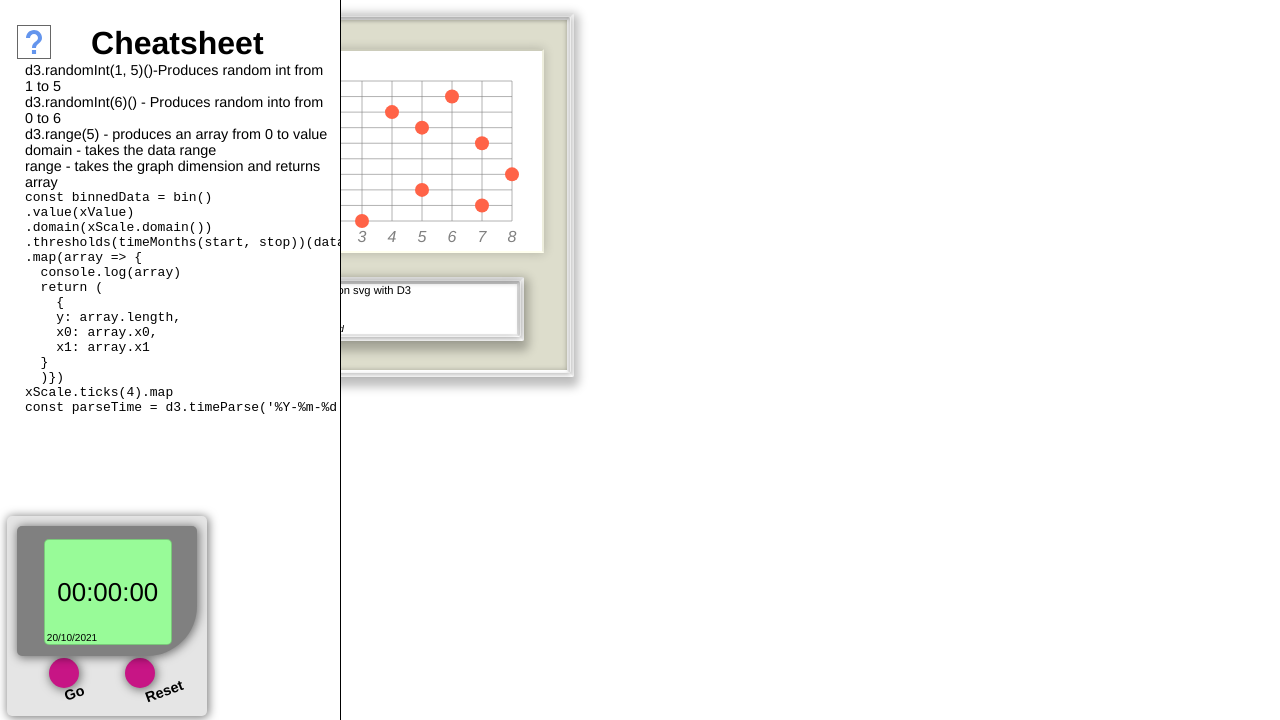
Repository: Lewisjohnward/100-days-of-d3
Page: /
An editor plug-in stored every save of this project. The page is shown before and after the next save, followed by the edit.
The browser window is 1280 px wide. The pictures show the whole page.
The page's requests for data from a server got no answer. An inner scrolling area shows only its first screen. The project was rebuilt for these pictures with package versions that can differ from the ones it lists, and the page was loaded fresh each time. No one was signed in, and anything a server would have sent is missing. Also part of the build but not shown: src/charts/chart2/useGetData.js, src/charts/chart2/styles.js, src/charts/chart2/Chart.js, src/charts/chart3/useGetData.js, src/charts/chart3/styles.js, src/charts/chart3/Chart.js, src/charts/chart4/useGetData.js, src/charts/chart4/styles.js and 4 more.

Above is the page before, as saved 2021-10-20 15:40:04.

### src/App.js
import styled from "styled-components";
import { Chart1, Chart2, Chart3, Chart4, Chart5 } from "./charts/index.js";
import { Hello } from "./components/HelloD3";
import { Navbar } from "./components/Navbar.js";

const BodyContainer = styled.div`
  position: relative;
  z-index: 99;
  display: flex;
  height: ${({ height }) => height}px;
  overflow: hidden;
`;

const ChartGrid = styled.div`
  width: 75%;
  display: grid;
  overflow: scroll;
  grid-template-columns: repeat(3, 400px);
  grid-template-rows: repeat(2, 400px);
  justify-content: center;
  align-items: start;
  align-content: start;
  grid-gap: 0px;
  border-left: 1px solid black;
  padding: 1%;
`;



const height = window.innerHeight;

function App() {
  return (
    <BodyContainer height={height}>
      <Hello />
      <Navbar />
      <ChartGrid>
        <Chart1 />
        <Chart2 />
        <Chart2 />
        <Chart3 />
        <Chart4 />
        <Chart5 />
      </ChartGrid>
    </BodyContainer>
  );
}

export default App;

### src/index.css
*{
    margin: 0;
    padding: 0;
}

body {
    font-family: Helvetica, "Trebuchet MS", Verdana, sans-serif;
}

### src/charts/index.js
export { Test as Chart1} from "./chart1/Chart"
export { Chart as Chart2} from "./chart2/Chart"
export { Chart as Chart3} from "./chart3/Chart"
export { Chart as Chart4} from "./chart4/Chart"
export { Chart as Chart5} from "./chart5/Chart"

### src/components/HelloD3.js
import { useState } from "react";
import styled, { keyframes } from "styled-components";

const letterAnimation = keyframes`
    0% {transform: rotate(0deg);}
    20% {transform: rotate(-45deg);}
    100% {transform: rotate(-45deg);}
`;

const TextContainer = styled.div`
  position: absolute;
  top: 25%;
  display: flex;
  font-size: 10em;

`;

const LetterContainer = styled.div`
  &.fallanimation {
    transition: transform 1s;
    transform: translateY(942px);
  }

  p {
    font-weight: ${({bold}) => bold ? 600: 300};
    &.fallanimation {
      animation: ${letterAnimation} ease-out 1s forwards;
    }
  }
`;

const word = "Hello";
const d3 = "D3"
const d3Array = d3.split("");
const wordArray = word.split("");
const height = window.innerHeight;

export const Hello = () => {
  return (
    <TextContainer>
      {wordArray.map((d) => (
        <Letter letter={d} />
      ))}
      {d3Array.map((d) => (
        <Letter letter={d} bold={true}/>
      ))}
    </TextContainer>
  );
};

const Letter = ({ letter, bold}) => {
  const [visible, setVisible] = useState(true);

  const handleMouseEnter = () => {
    setVisible((prev) => !prev);
  };

  return (
    <LetterContainer className={!visible && "fallanimation"} height={height} bold={bold}>
      <p
        className={!visible && "fallanimation"}
        onMouseEnter={() => handleMouseEnter()}
      >
        {letter}
      </p>
    </LetterContainer>
  );
};

### src/components/Navbar.js
import { useState } from "react";
import styled from "styled-components";
import { TimerComponent as Timer } from "./Timer";
import { IoMdHelp } from "react-icons/io";

const NavContainer = styled.div`
  position: relative;
  height: 100%;
  width: 25%;
  overflow: hidden;
  background: white;
  padding: 25px 10px 25px 25px;

  > p {
    font-size: 0.9em;
  }

  .transition{
      transition: all 1s ease-in;
      width: 25%;
  }
`;

const Title = styled.div`
  font-size: 2em;
  font-weight: 700;
  text-align: center;
`;

const Icon = styled(IoMdHelp)`
    position: absolute;
    left: 5%;
    top: 5;
    font-size: 2em;
    color: cornflowerblue;
    cursor: pointer;
    border: 1px solid rgba(0, 0, 0, 0.6);
`;

const code = `const binnedData = bin()
.value(xValue)
.domain(xScale.domain())
.thresholds(timeMonths(start, stop))(data)
.map(array => {
  console.log(array)
  return (
    {
    y: array.length,
    x0: array.x0,
    x1: array.x1
  }
  )})`;

export const Navbar = () => {
  const [visible, setVisible] = useState(false);
  return (
    <NavContainer visible={visible}>
      <Icon />
      <Title>Cheatsheet</Title>
      <p>d3.randomInt(1, 5)()-Produces random int from 1 to 5</p>
      <p>d3.randomInt(6)() - Produces random into from 0 to 6</p>
      <p>d3.range(5) - produces an array from 0 to value</p>
      <p>domain - takes the data range</p>
      <p>range - takes the graph dimension and returns array</p>
      <pre>
        <code>{code}</code>
      </pre>
      <pre>
        <code>xScale.ticks(4).map</code>
      </pre>
      <pre>
        <code>const parseTime = d3.timeParse('%Y-%m-%d');</code>
      </pre>
      <Timer />
    </NavContainer>
  );
};

### src/charts/chart1/Chart.js
import { useState } from "react";
import { randomInt, range, scaleLinear, max } from "d3";
import {
  Frame,
  Svg,
  ChartContainer,
  Description,
  DescriptionContainer,
  Signature,
} from "./styles";

const data = range(10).map((d) => ({
  a: randomInt(10)(),
  b: d,
}));

const margin = {
  top: 30,
  right: 30,
  bottom: 30,
  left: 30,
};

const height = 200;
const width = 300;

const AxisTickOffset = 7;

const innerHeight = height - margin.top - margin.bottom;
const innerWidth = width - margin.left - margin.right;

export const Chart = () => {
  const xValue = (d) => d.a;
  const yValue = (d) => d.b;

  const xAxisScale = scaleLinear()
    .domain([0, max(data, xValue)])
    .range([0, innerWidth])
    .nice();

  const yAxisScale = scaleLinear()
    .domain([0, max(data, yValue)])
    .range([innerHeight, 0])
    .nice();

  return (
    <Frame>
      <ChartContainer>
        <Svg height={height} width={width}>
          <g transform={`translate(${margin.left}, ${margin.top})`}>
            {xAxisScale.ticks().map((tickValue) => (
              <g transform={`translate(${xAxisScale(tickValue)}, 0)`}>
                <line y2={innerHeight} stroke="black" />
                <text
                  y={innerHeight + 3 * AxisTickOffset}
                  style={{ textAnchor: "middle" }}
                >
                  {tickValue}
                </text>
              </g>
            ))}

            {yAxisScale.ticks().map((tickValue) => (
              <g transform={`translate(0, ${yAxisScale(tickValue)})`}>
                <line x2={innerWidth} stroke="black" />
                <text
                  x={-AxisTickOffset}
                  dy="0.32em"
                  style={{ textAnchor: "end" }}
                >
                  {tickValue}
                </text>
              </g>
            ))}
            {data.map(({ a, b }) => (
              <Mark x={xAxisScale(a)} y={yAxisScale(b)} r={7} />
            ))}
          </g>
        </Svg>

        <Frame small={"true"}>
          <DescriptionContainer>
            <Description>Scatter graph on svg with D3</Description>
            <Signature>09/10/21 - L Ward</Signature>
          </DescriptionContainer>
        </Frame>
      </ChartContainer>
    </Frame>
  );
};

export const Chart1= () => {
  const xValue = (d) => d.a;
  const yValue = (d) => d.b;

  const xAxisScale = scaleLinear()
    .domain([0, max(data, xValue)])
    .range([0, innerWidth])
    .nice();

  const yAxisScale = scaleLinear()
    .domain([0, max(data, yValue)])
    .range([innerHeight, 0])
    .nice();

  return (
        <Svg height={height} width={width}>
          <g transform={`translate(${margin.left}, ${margin.top})`}>
            {xAxisScale.ticks().map((tickValue) => (
              <g transform={`translate(${xAxisScale(tickValue)}, 0)`}>
                <line y2={innerHeight} stroke="black" />
                <text
                  y={innerHeight + 3 * AxisTickOffset}
                  style={{ textAnchor: "middle" }}
                >
                  {tickValue}
                </text>
              </g>
            ))}

            {yAxisScale.ticks().map((tickValue) => (
              <g transform={`translate(0, ${yAxisScale(tickValue)})`}>
                <line x2={innerWidth} stroke="black" />
                <text
                  x={-AxisTickOffset}
                  dy="0.32em"
                  style={{ textAnchor: "end" }}
                >
                  {tickValue}
                </text>
              </g>
            ))}
            {data.map(({ a, b }) => (
              <Mark x={xAxisScale(a)} y={yAxisScale(b)} r={7} />
            ))}
          </g>
        </Svg>
  );
};

const Mark = ({ x, y, r }) => {
  const [tooltipVisible, setToolTipVisible] = useState(false);

  return (
    <>
    <circle
        cx={x}
        cy={y}
        r={r}
        fill={"black"}
        onMouseEnter={() => setToolTipVisible(!tooltipVisible)}
        onMouseLeave={() => setToolTipVisible(!tooltipVisible)}
      />
      {tooltipVisible && <rect x={x + 10} y={y - 25} height={50} width={50} rx={5} />}

    </>
  );
};

export const Test = () => {
  return (
    <Frame>
    <ChartContainer>
      <Chart1 />
    <Frame small={"true"}>
          <DescriptionContainer>
          <Description>Scatter graph on svg with D3</Description>
            <Signature>09/10/21 - L Ward</Signature>
          </DescriptionContainer>
        </Frame>
      </ChartContainer>
    </Frame>
  )


}

### src/components/Timer.js
import { useState, useEffect } from "react";
import styled, { keyframes } from "styled-components";

const Icon = styled.div`
  position: absolute;
  bottom: 7%;
  left: 2%;
  height: 200px;
  width: 200px;
  padding: 0px;
  margin: 0px;

  color: black;
  overflow: hidden;
  background: rgb(229, 229, 229);
  opacity: 1;
  text-shadow: none;
  font-weight: 300;
  font-size: 0.9em;
  box-shadow: 1px 1px 10px 1px rgba(0, 0, 0, 0.5);
  border-radius: 5px;
`;

const Container = styled.div`
  height: 100%;
  width: 100%;
  display: flex;
  flex-direction: column;
  justify-content: center;
  align-items: center;
`;

const Timer = styled.div`
  position: relative;
  background: gray;
  height: 65%;
  width: 90%;
  border-radius: 5px 5px 50px 5px;
  box-shadow: 1px 1px 10px 1px rgba(0, 0, 0, 0.5);
`;

const TimerContainer = styled.div`
  position: absolute;
  top: 10%;
  left: 15%;
  height: 80%;
  width: 70%;
  display: flex;
  justify-content: center;
  align-items: center;

  background: palegreen;
  border-radius: 5px;
  border: 1px solid rgba(0, 0, 0, 0.2);
  font-size: 1.8em;
`;

const ButtonContainer = styled.div`
  height: 25%;
  width: 80%;
  display: flex;

  flex-direction: row;
  justify-content: space-around;
  align-items: center;
`;

const Start_StopContainer = styled.div`
  display: flex;
  align-items: center;
  justify-content: center;
  background: mediumvioletred;
  width: 30px;
  height: 30px;
  border-radius: 100%;
  box-shadow: 1px 1px 10px 1px rgba(0, 0, 0, 0.5);
  font-size: 1.2em;
  font-weight: 800;
  cursor: pointer;

  &:active {
    transition: transform 0.1s box-shadow 0.1s;
    transform: translateY(10%);
  }
`;

const ButtonDiv = styled.div`
  font-weight: 600;

  p {
    transform: translate(50%, -30%) rotate(-20deg);
  }
`;

const DateContainer = styled.div`
  position: absolute;
  top: 58%;
  left: 20%;
  font-size: 0.7em;
  text-decoration: italic;

  .today {
    right: 0%;
  }
`;

export const TimerComponent = ({ grid }) => {
  const [seconds, setSeconds] = useState(0);
  const [active, setActive] = useState(false);

  useEffect(() => {
    const seconds = parseInt(localStorage.getItem("seconds-d3")) || 0;
    const active = localStorage.getItem("state-d3") || false;
    setActive(active);
    setSeconds(seconds);
  }, []);

  useEffect(() => {
    if (active) {
      setTimeout(() => {
        setSeconds((prev) => prev + 1);
      }, 1000);
    }
    localStorage.setItem("seconds-d3", seconds);
    localStorage.setItem("state-d3", active);
  }, [active, seconds]);

  function secondsToTime(e) {
    var h = Math.floor(e / 3600)
        .toString()
        .padStart(2, "0"),
      m = Math.floor((e % 3600) / 60)
        .toString()
        .padStart(2, "0"),
      s = Math.floor(e % 60)
        .toString()
        .padStart(2, "0");

    return h + ":" + m + ":" + s;
    //return `${h}:${m}:${s}`;
  }

  return (
    <Icon className={`icon`}>
      <Container>
        <Timer>
          <TimerContainer>{secondsToTime(seconds)}</TimerContainer>
        </Timer>
        <DateContainer>20/10/2021</DateContainer>

        <ButtonContainer>
          <ButtonDiv>
            <Start_StopContainer
              onClick={() => {
                if (!active) {
                  setActive(true);
                }
              }}
            />
            <p>Go</p>
          </ButtonDiv>
          {active ? (
            <ButtonDiv>
              <Start_StopContainer onClick={() => setActive(false)} />
              <p>Stop</p>
            </ButtonDiv>
          ) : (
            <ButtonDiv>
              <Start_StopContainer onClick={() => setSeconds(0)} />
              <p>Reset</p>
            </ButtonDiv>
          )}
        </ButtonContainer>
      </Container>
    </Icon>
  );
};

### src/charts/chart1/styles.js
import styled from "styled-components";

export const Frame = styled.div`
  height: ${({ small }) => (small ? "50px" : "350px")};
  width: ${({ small }) => (small ? "250px" : "350px")};
  background-color: #ddc;
  border: solid 1vmin #eee;
  border-bottom-color: #fff;
  border-left-color: #eee;
  border-radius: 2px;
  border-right-color: #eee;
  border-top-color: #ddd;
  box-shadow: 0 0 5px 0 rgba(0, 0, 0, 0.25) inset,
    0 5px 10px 5px rgba(0, 0, 0, 0.25);

  position: relative;
  text-align: center;
  &:before {
    border-radius: 2px;
    bottom: -0.4vmin;
    box-shadow: 0 2px 5px 0 rgba(0, 0, 0, 0.25) inset;
    content: "";
    left: -0.4vmin;
    position: absolute;
    right: -0.4vmin;
    top: -0.4vmin;
  }
  &:after {
    border-radius: 2px;
    bottom: -0.5vmin;
    box-shadow: 0 2px 5px 0 rgba(0, 0, 0, 0.25);
    content: "";
    left: -0.5vmin;
    position: absolute;
    right: -0.5vmin;
    top: -0.5vmin;
  }
`;

export const ChartContainer = styled.div`
position: relative;
z-index: 999;
  display: flex;
  flex-direction: column;
  justify-content: space-around;
  align-items: center;
  height: 100%;
  width: 100%;
  padding: 5% 1%;
  box-sizing: border-box;
`;

export const Svg = styled.svg`
  height: ${({ height }) => height}px;
  width: ${({ width }) => width}px;
  background: white;
  box-shadow: 0px 0px 10px 0px rgba(0, 0, 0, 0.2);
  border: solid 2px;
  border-bottom-color: #ffe;
  border-left-color: #eed;
  border-right-color: #eed;
  border-top-color: #ccb;


  line {
    stroke: gray;
    opacity: 0.6;
  }

  circle {
    fill: tomato;
  }

  text {
    font-style: italic;
    fill: gray;
  }

  rect {
    stroke: tomato;
    fill: white;
  }
`;

export const DescriptionContainer = styled.div`
  box-sizing: border-box;
  display: flex;
  flex-direction: column;
  justify-content: space-between;
  width: 100%;
  height: 100%;
  box-shadow: 0px 0px 10px 0px rgba(0, 0, 0, 0.2);
  background: white;
`;

export const Description = styled.p`
  text-align: left;
  font-size: 0.7em;
`;

export const Signature = styled.p`
  text-align: left;
  font-style: italic;
  font-size: 0.6em;
`;

Loaded but not shown: public/index.html (common file); src/index.js (common file)

After the next save:
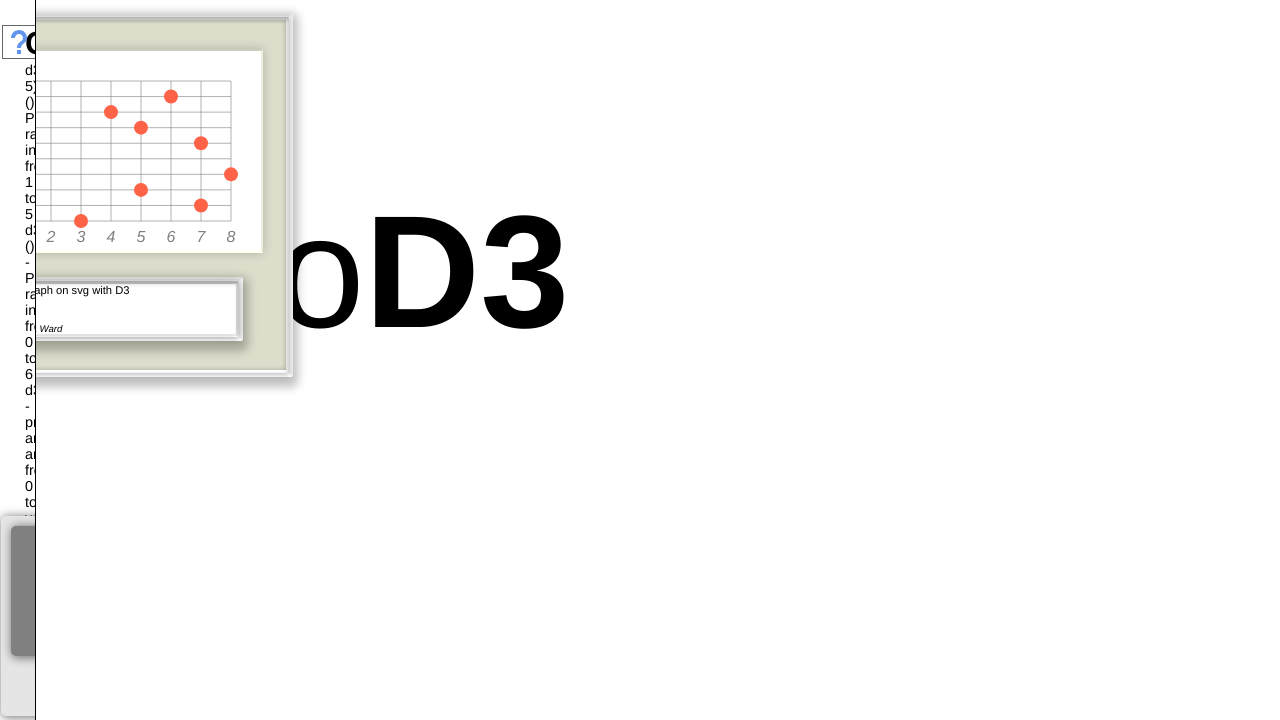
Saved 4 s later.
--- a/src/components/Navbar.js
+++ b/src/components/Navbar.js
@@ -6,7 +6,7 @@
 const NavContainer = styled.div`
   position: relative;
   height: 100%;
-  width: 25%;
+  width: 0%;
   overflow: hidden;
   background: white;
   padding: 25px 10px 25px 25px;
